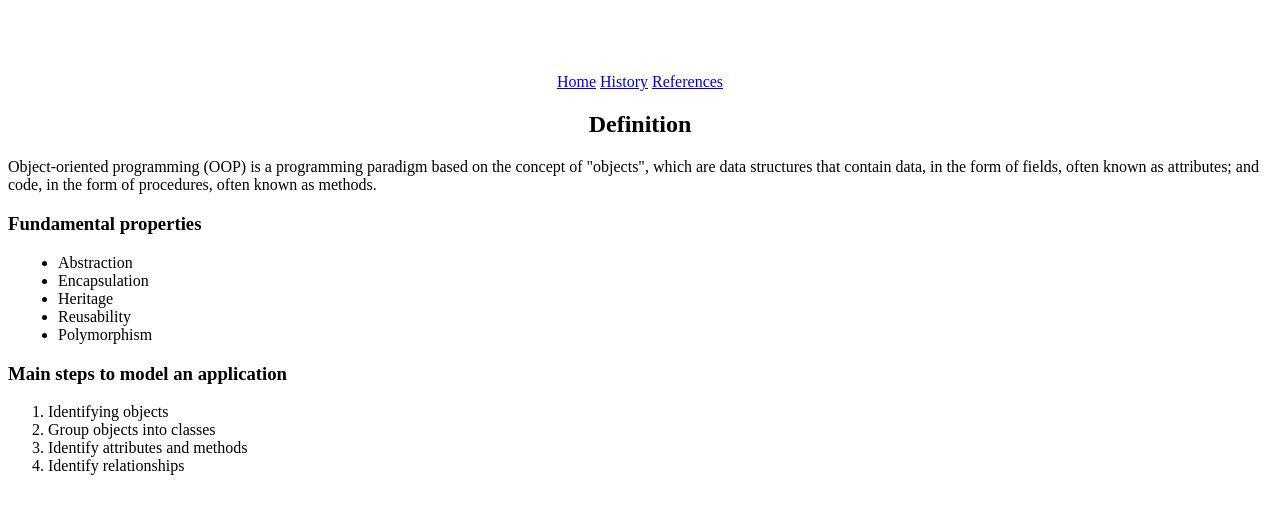
Repository: ReyesEvan/8.-Septimo_semestre
Page: Aplicaciones_en_ambientes_distribuidos/OOP/V3/home.html
The author's editor kept a copy of each file at every save. The page is drawn from the files as they stood at one save, then again after the next save.
The browser window is 1280 px wide. The pictures show the whole page.

Above is the page before, as saved 2019-09-30 18:28:29.

### Aplicaciones_en_ambientes_distribuidos/OOP/V3/home.html
<!DOCTYPE html>
<html>
    <head>
        <link type="text/css" rel="stylesheet" href="main.css">
    </head>
    <body>
        <div class='header'>
            <h1>Object-oriented programming</h1>
            <ul class="nav">
                <li><a href="home.html">Home</a></li>
                <li><a href="history.html">History</a></li>
                <li><a href="references.html">References</a></li>
            </ul>
        </div>
        <div class='main-content'>
            <h2>Definition</h2>
            <p>Object-oriented programming (OOP) is a programming paradigm based on the concept of "objects", which are data structures that contain data, in the form of fields, often known as attributes; and code, in the form of procedures, often known as methods.
            </p>
            <h3>Fundamental properties</h3>
            <ul>
                <li>Abstraction</li>
                <li>Encapsulation</li>
                <li>Heritage</li>
                <li>Reusability</li>
                <li>Polymorphism</li>
            </ul>
            <h3>Main steps to model an application</h3>
            <ol>
                <li>Identifying objects</li>
                <li>Group objects into classes</li>
                <li>Identify attributes and methods</li>
                <li>Identify relationships</li>
            </ol>
        </div>
    </body>
</html>

### Aplicaciones_en_ambientes_distribuidos/OOP/V3/main.css
body {
    padding: 0;
}

h1 {
    color: #ffffff;
    margin-bottom: 15px;
    text-align: center;
}

h2 {
    margin: 10px 0 20px 0;
    text-align: center
}

ul {
    padding: 0 0 0 50px;
}

.nav {
    padding-left: 0;
    margin: 5px 0 20px;
    text-align: center;
}

.nav li {
    display: inline;
}

After the next save:
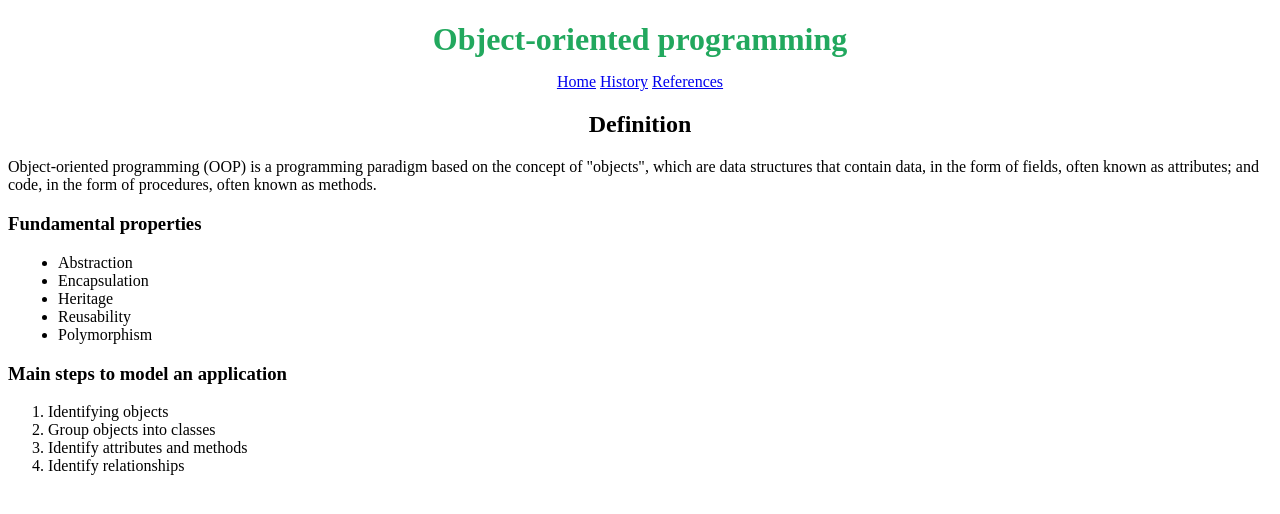
Saved 26 s later.
--- a/Aplicaciones_en_ambientes_distribuidos/OOP/V3/main.css
+++ b/Aplicaciones_en_ambientes_distribuidos/OOP/V3/main.css
@@ -3,7 +3,7 @@ body {
 }
 
 h1 {
-    color: #ffffff;
+    color: #22a85e;
     margin-bottom: 15px;
     text-align: center;
 }
